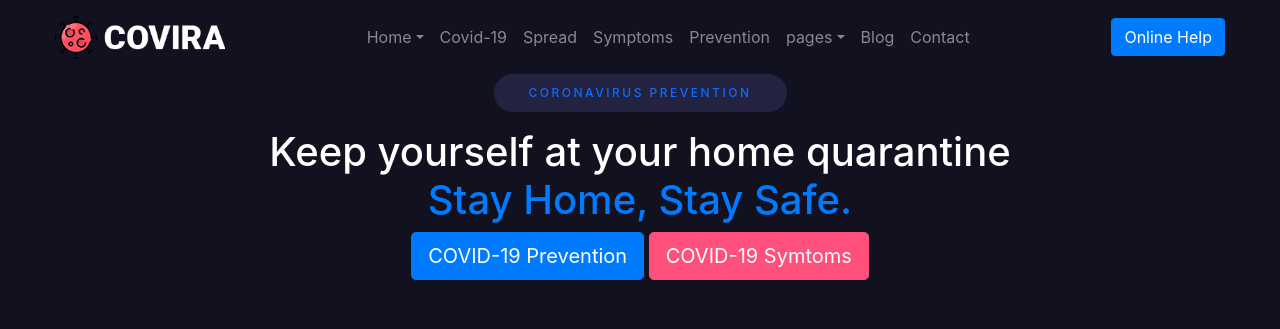
Repository: sitikhusushan/corona_updates
Page: index.html
An editor plug-in stored every save of this project. The page is shown before and after the next save, followed by the edit.
The browser window is 1280 px wide. The pictures show the whole page.

Above is the page before, as saved 2020-06-04 21:39:02.

After the next save:
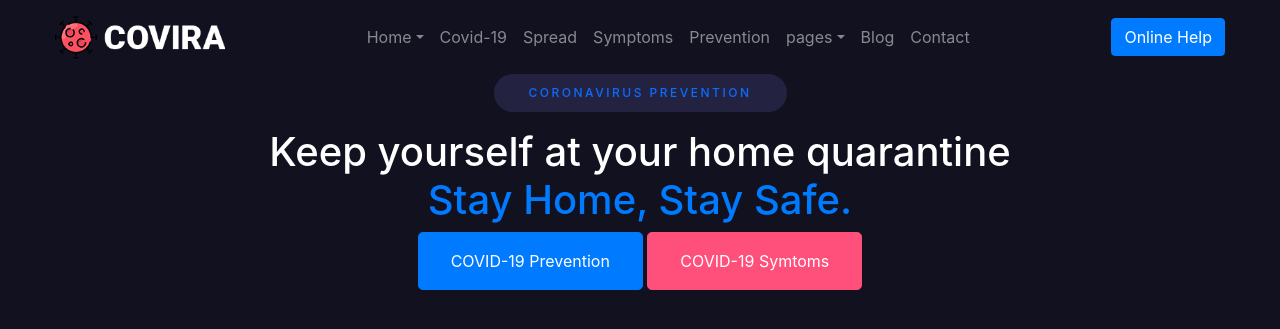
Saved 73 s later.
--- a/style.css
+++ b/style.css
@@ -31,9 +31,8 @@ h1 {
 }
 
 .btn-lg {
-  padding: 0.5rem 1rem;
-  line-height: 1.5;
-  border-radius: 0.3rem;
+  padding: 1rem 2rem;
+  font-size: 1rem;
 }
 
 .pre {
